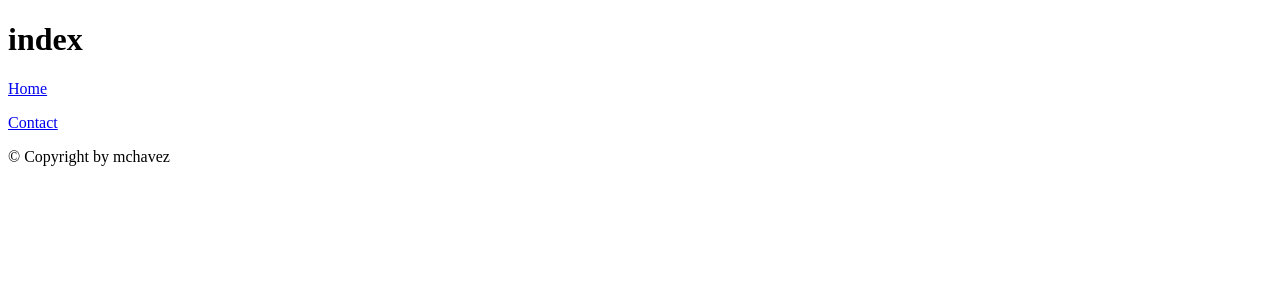
Repository: nema38/30DaysTrainning
Page: 30Days07/index.html
The author's editor kept a copy of each file at every save. The page is drawn from the files as they stood at one save, then again after the next save.
The browser window is 1280 px wide. The pictures show the whole page.
Some web libraries are served in a nearby version.

Above is the page before, as saved 2014-04-16 15:39:31.

After the next save:
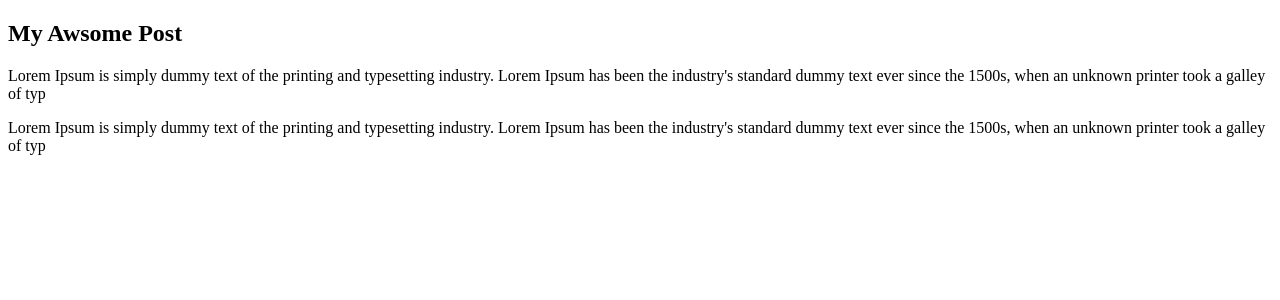
Saved 9 min 19 s later.
--- a/30Days07/index.html
+++ b/30Days07/index.html
@@ -1,46 +1,24 @@
 <!DOCTYPE html>
-<html lang="en">
+<html>
 	<head>
-		<meta charset="utf-8">
+		<meta charset=utf-8>
+		<title>Appending Content</title>
 
-		<!-- Always force latest IE rendering engine (even in intranet) & Chrome Frame
-		Remove this if you use the .htaccess -->
-		<meta http-equiv="X-UA-Compatible" content="IE=edge,chrome=1">
+	</head>
+	<body>
 
-		<title>index</title>
-		<meta name="description" content="">
-		<meta name="author" content="mchavez">
+		<article>
+			<h1>My Awsome Post</h1>
+			<p>
+				Lorem Ipsum is simply dummy text of the printing and typesetting industry. Lorem Ipsum has been the industry's standard dummy text ever since the 1500s, when an unknown printer took a galley of typ
+			</p>
+			<p>
+				Lorem Ipsum is simply dummy text of the printing and typesetting industry. Lorem Ipsum has been the industry's standard dummy text ever since the 1500s, when an unknown printer took a galley of typ
+			</p>
+		</article>
 
-		<meta name="viewport" content="width=device-width; initial-scale=1.0">
+		<script src="http://ajax.googleapis.com/ajax/libs/jquery/1.11.0/jquery.min.js"></script>
 
-		<!-- Replace favicon.ico & apple-touch-icon.png in the root of your domain and delete these references -->
-		<link rel="shortcut icon" href="/favicon.ico">
-		<link rel="apple-touch-icon" href="/apple-touch-icon.png">
-	</head>
 
-	<body>
-		<div>
-			<header>
-				<h1>index</h1>
-			</header>
-			<nav>
-				<p>
-					<a href="/">Home</a>
-				</p>
-				<p>
-					<a href="/contact">Contact</a>
-				</p>
-			</nav>
-
-			<div>
-
-			</div>
-
-			<footer>
-				<p>
-					&copy; Copyright  by mchavez
-				</p>
-			</footer>
-		</div>
 	</body>
 </html>
